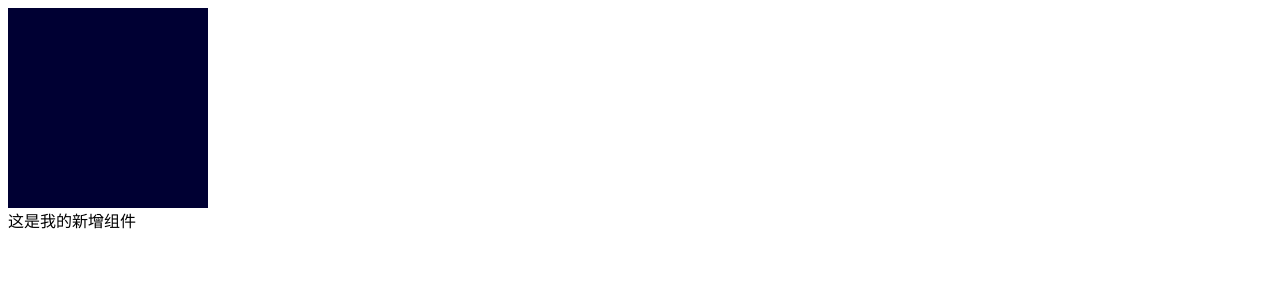
Repository: WanYouwen/react_study_code
Page: day01/01-基础/03-class-style.html
An editor plug-in stored every save of this project. The page is shown before and after the next save, followed by the edit.
The browser window is 1280 px wide. The pictures show the whole page.

Above is the page before, as saved 2020-07-11 16:59:00.

After the next save:
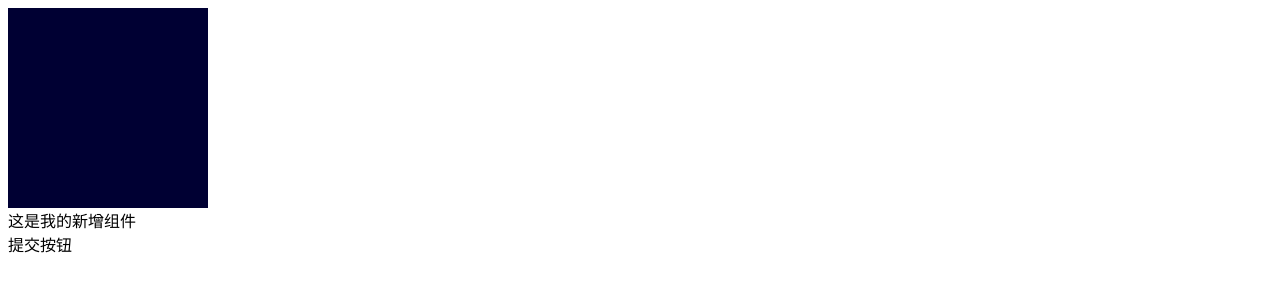
Saved 2 min 35 s later.
--- a/day01/01-基础/03-class-style.html
+++ b/day01/01-基础/03-class-style.html
@@ -78,6 +78,9 @@
         width: 200,
         height: 200,
       },
+      handerClick: function () {
+        console.log('点击');
+      },
       render: function () {
         console.log('-=---------');
         console.log(this, '组件内的this值的是当前组件');
@@ -86,6 +89,7 @@
           <div>
             <div style={this.style}></div>
             这是我的新增组件
+            <div onClick={this.handerClick}>提交按钮</div>
           </div>
         );
       },
